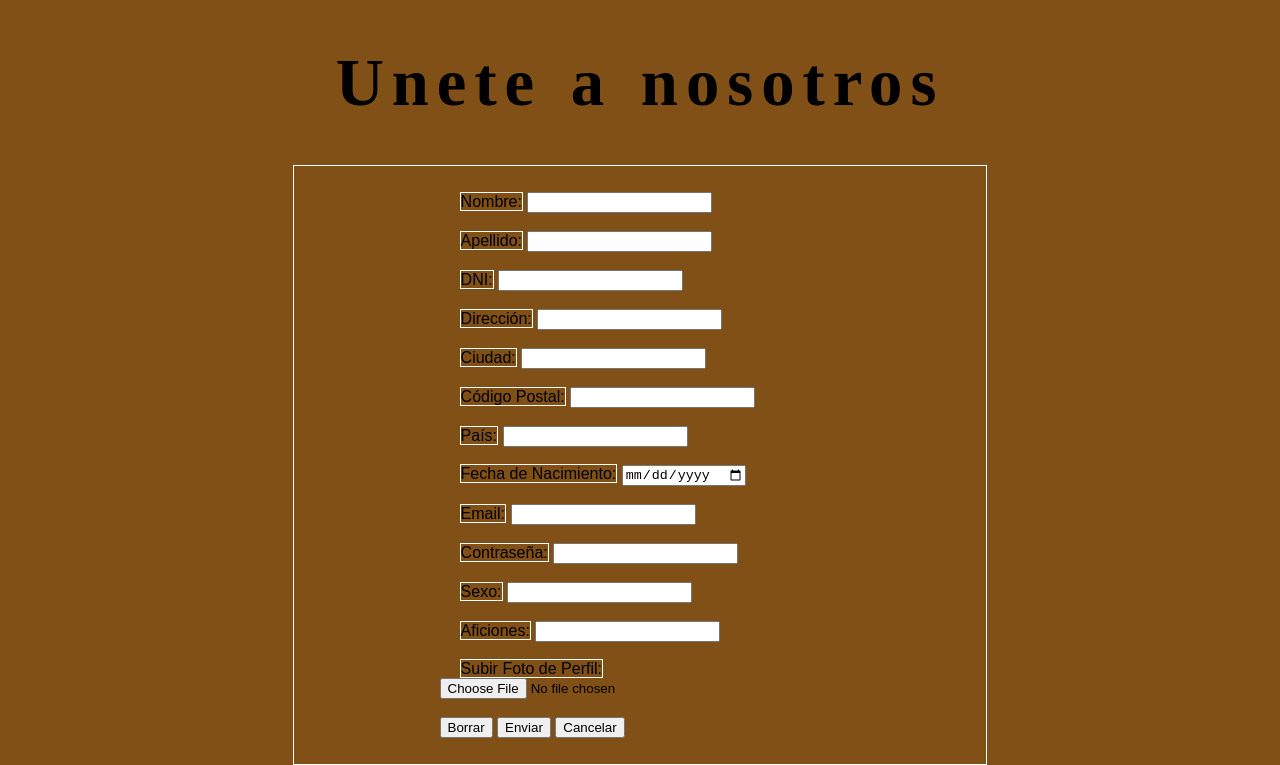
Repository: demoniers/demonIers.github.io
Page: web-lenguajes/src/singin.html
An editor plug-in stored every save of this project. The page is shown before and after the next save, followed by the edit.
The browser window is 1280 px wide. The pictures show the whole page.
Some web fonts or font styles are not loaded; a fallback is used.

Above is the page before, as saved 2025-01-24 12:05:48.

### web-lenguajes/src/singin.html
<!DOCTYPE html>
<html lang="es">
<head>
    <meta charset="UTF-8">
    <meta name="viewport" content="width=device-width, initial-scale=1.0">
    <title>Formulario de Registro</title>
    <link rel="stylesheet" href="../style/style.css">
</head>
<body>
    <h1 class="titulo-centrado">Unete a nosotros</h1>
    <div class="form">
        <div class="formulario">
            <form action="../index.html" method="post">
                <label for="nombre">Nombre:</label>
                <input type="text" id="nombre" name="nombre" required><br><br>

                <label for="apellido">Apellido:</label>
                <input type="text" id="apellido" name="apellido" required><br><br>

                <label for="dni">DNI:</label>
                <input type="text" id="dni" name="dni" pattern="[0-9]{8}[A-Z]{1}" required><br><br>

                <label for="direccion">Dirección:</label>
                <input type="text" id="direccion" name="direccion" pattern="C/ .+ nº [0-9]+" required><br><br>

                <label for="ciudad">Ciudad:</label>
                <input type="text" id="ciudad" name="ciudad" required><br><br>

                <label for="cod_postal">Código Postal:</label>
                <input type="text" id="cod_postal" name="cod_postal" list="cod_postal_list" maxlength="5" required>
                <datalist id="cod_postal_list">
                    <option value="28001">
                    <option value="08002">
                    <option value="41003">
                    <option value="50004">
                    <option value="35005">
                </datalist><br><br>

                <label for="pais">País:</label>
                <input type="text" id="pais" name="pais" required><br><br>

                <label for="f_nacimiento">Fecha de Nacimiento:</label>
                <input type="date" id="f_nacimiento" name="f_nacimiento" required><br><br>

                <label for="email">Email:</label>
                <input type="email" id="email" name="email" pattern=".+@[a-z]+\.es" required><br><br>

                <label for="contrasena">Contraseña:</label>
                <input type="password" id="contrasena" name="contrasena" pattern="_[a-z]{7}_[a-z0-9]{5}&[0-9]{2}        " required><br><br>

                <label for="sexo">Sexo:</label>
                <input type="text" id="sexo" name="sexo" required><br><br>

                <label for="aficiones">Aficiones:</label>
                <input type="text" id="aficiones" name="aficiones" list="aficiones_list" required>
                <datalist id="aficiones_list">
                    <option value="Lectura">
                    <option value="Deportes">
                    <option value="Música">
                    <option value="Viajar">
                </datalist><br><br>

                <label for="foto">Subir Foto de Perfil:</label>
                <input type="file" id="foto" name="foto" accept="image/*" required><br><br>

                <button type="reset">Borrar</button>
                <button type="submit">Enviar</button>
                <button type="button" onclick="window.location.href='../index.html'">Cancelar</button>
            </form>
        </div>
    </div>
</body>
</html>

### web-lenguajes/style/style.css
body {
    margin: 0;
    font-family: Arial, sans-serif;
    display: flex;
    flex-direction: column;
    align-items: center;
    background-color: #815017;
}

@font-face {
    font-family: "Overcooked";
    src: url("https://db.onlinewebfonts.com/t/4d9ee5a678d899047a987f0408b4b052.eot");
    src: url("https://db.onlinewebfonts.com/t/4d9ee5a678d899047a987f0408b4b052.eot?#iefix")format("embedded-opentype"),
    url("https://db.onlinewebfonts.com/t/4d9ee5a678d899047a987f0408b4b052.woff2")format("woff2"),
    url("https://db.onlinewebfonts.com/t/4d9ee5a678d899047a987f0408b4b052.woff")format("woff"),
    url("https://db.onlinewebfonts.com/t/4d9ee5a678d899047a987f0408b4b052.ttf")format("truetype"),
    url("https://db.onlinewebfonts.com/t/4d9ee5a678d899047a987f0408b4b052.svg#Overcooked")format("svg");
}
.titulo-centrado {
    font-family: "Overcooked";
    text-align: center;
    word-spacing: 4px;
    letter-spacing: 8px;
    font-size: 50pt;
}
/* menu superior */
.header {
    position: fixed;
    top: 0;
    width: 100%;
    background-color: #57330b;
    color: #d39f64;
    text-align: center;
    padding: 10px 0;
    z-index: 1000;
}

.header nav a {
    margin: 0 15px;
    text-decoration: none;
    font-size: 18px;
}

.header nav ul li {
    display: inline-block;
    position: relative;
}

.logo-r {
    float: left;
    width: 3%;
    margin-left: 2%;
}

nav ul li a {
    display: block;
    padding: 8px 16px;
    text-decoration: none;
    color: #d39f64;
}

nav ul li ul {
    display: none;
    position: absolute;
    top: 100%;
    left: 0;
    box-shadow: 0px 4px 8px rgba(0, 0, 0, 0.3);
}

nav ul li:hover ul {
    display: block;
}
.subitemul {
    text-align: center;
    background-color:#6b43159c;
}
.subitemul:hover {
    background-color: #d39f646c;
    color: #6b4315;
}

/*###############################################################################*/

.container {
    display: grid;
    justify-content: space-between;
    width: 72%;
    margin-bottom: 70px;
}

/* ### CENTRO PAGINA PRINCIPAL ###*/
.content {
    background-image: url("../img/fondo.png");
    background-size: cover;
    background-repeat: no-repeat;
    flex-grow: 1;
    padding: 0;
    display: flex;
}

/* caja central y animacion */
.bienvenida {
    display: flex;
    align-items: center;
    width: 100%;
    padding: 25%;
    margin: 0;
    text-align: center;
    animation-name: agrandar-texto;
    animation-duration: 3s;
    animation-fill-mode: forwards;
}

@keyframes agrandar-texto {
    0% {
        background-color: #00000000;
        color: #d39f6400;
    }

    100% {
        background-color: rgba(0, 0, 0, 0.400);
        color: #d39f64;
    }
}

/* #################################################### */
.bienvenida button {
    background-color: #000000;
    color: #d39f64;
    width: 25%;
    padding: 2%;
    text-align: center;
}

.bienvenida a {
    text-decoration: none;
}

/* Barras laterales*/
.sidebar {
    width: 10%;
    padding: 2%;
    background-color: #815017;
    height: 1000px;
}

.cuerpo {
    color: #d39f64;
}

.caja-publi {
    border: #d39f6486 double 3px;
    margin-top: 35%;
    width: fit-content;
}

.caja-publi img {
    margin-top: 5%;
    width: 95%;
    height: 300px;
}

.derecha {
    position: fixed;
    right: 0%;
}

.izquierda {
    position: fixed;
    left: 0%;
}

.footer {
    background-color: #57330b;
    color: #d39f64;
    text-align: center;
    height: 50px;
    padding: 10px;
    position: fixed;
    bottom: 0;
    width: 100%;
}


/* HORARIO */
table {
    animation: ampli-table forwards 5s;
}
@keyframes ampli-table {
    0% {
        width: 0%;
        margin-right: 0%;
    }
    25% {margin-right:25%;}
    50% {margin-right:50%;}
    75% {margin-right:25%;}
    100% {
        width: 50%;
        margin-right: auto;
    }

}
table {
    margin: auto;
    border-collapse: collapse;
    font-size: 18px;
    text-align: left;
}

th, td {
    padding: 12px;
    border: 1px solid #ddd;
}

th {
    background-color: #f2f2f2;
}

.table-header {
    text-align: center;
    font-size: 24px;
    animation: colorhead forwards 5s;
}
@keyframes colorhead {
    0% {
        background-color: #a0662400;
        color: black
    ;}
    100% {
        background-color: #a06624;
        color: white;
    }

}
.form {
    margin: 5%;
    width: 90%;
}
.Formulario {
    margin: 5%;
    width: 75%;
    border: solid #d39f64 1px;
}

/* ####### FORMULARIO ############ */
.form {
    border: solid 1px white;
    margin: auto;
    width: 50%;
    padding: 2%;
}
.formulario {
    justify-self: center;
}
form label {
    border: white solid 1px;
    margin-left: 5%;
}

After the next save:
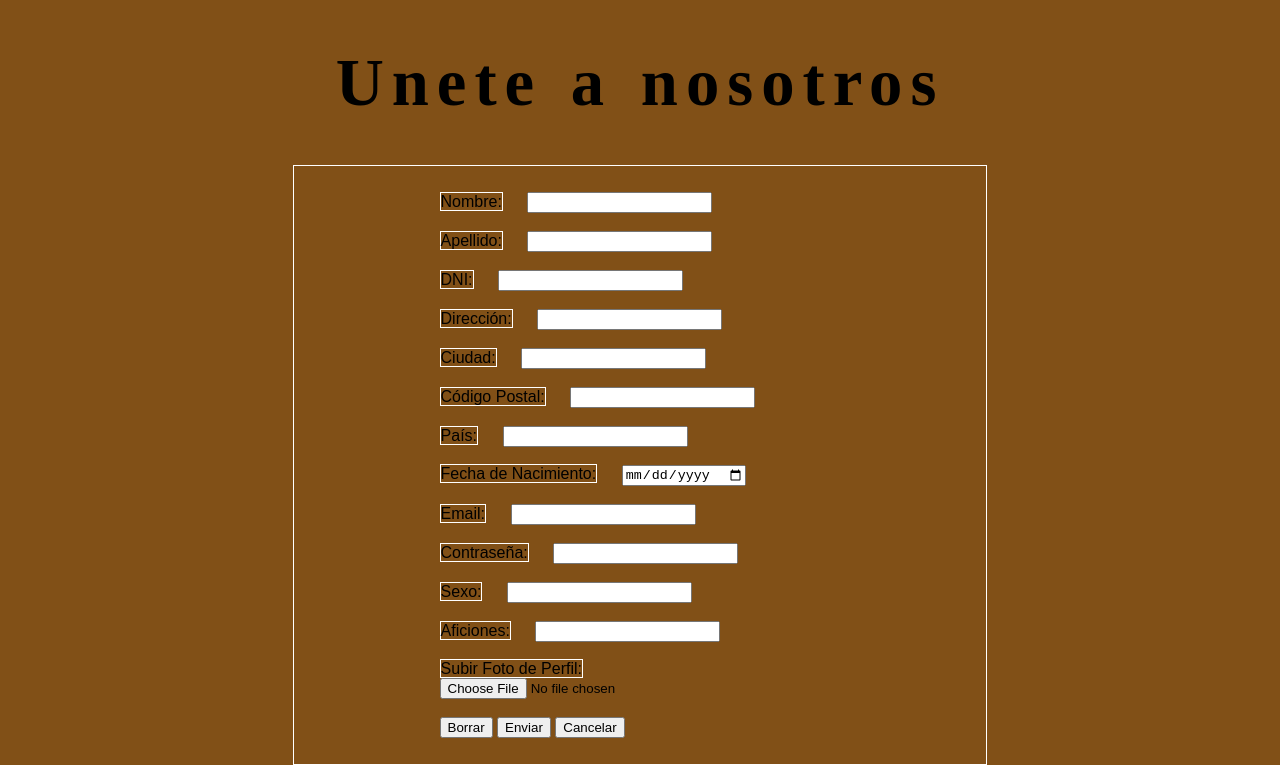
Saved 8 s later.
--- a/web-lenguajes/style/style.css
+++ b/web-lenguajes/style/style.css
@@ -254,5 +254,5 @@ th {
 }
 form label {
     border: white solid 1px;
-    margin-left: 5%;
-}
+    margin-right: 5%;
+}
